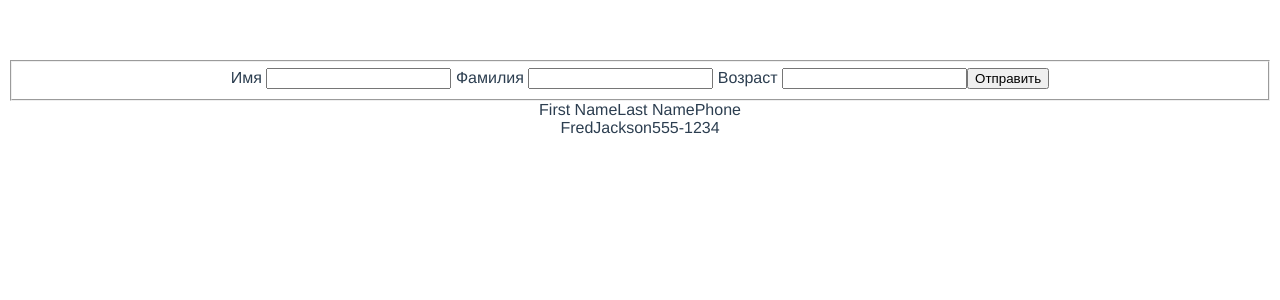
Repository: shum89/test-vue-table
Page: /
The author's editor kept a copy of each file at every save. The page is drawn from the files as they stood at one save, then again after the next save.
The browser window is 1280 px wide. The pictures show the whole page.
The project was rebuilt for these pictures with package versions that can differ from the ones it lists, and the page was loaded fresh each time. Also part of the build but not shown: vue.config.js.

Above is the page before, as saved 2021-07-17 14:31:24.

After the next save:
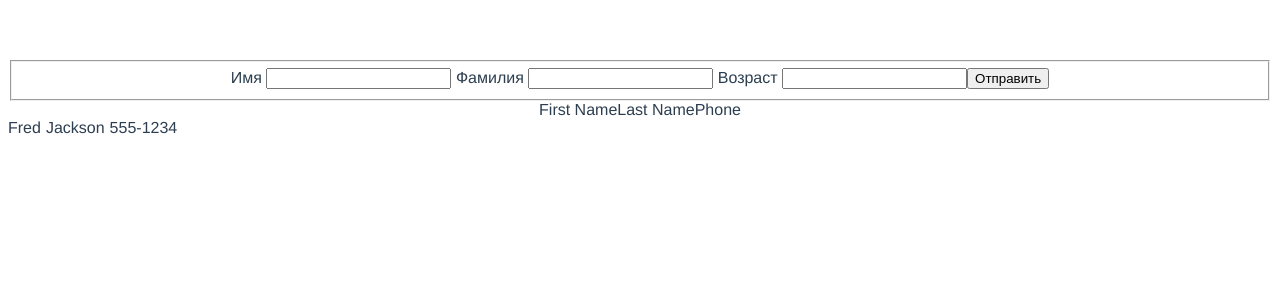
Saved 42 s later.
--- a/src/App.vue
+++ b/src/App.vue
@@ -52,4 +52,8 @@ export default {
   color: #2c3e50;
   margin-top: 60px;
 }
+.table__row {
+  display: flex;
+  gap: 5px;
+}
 </style>
